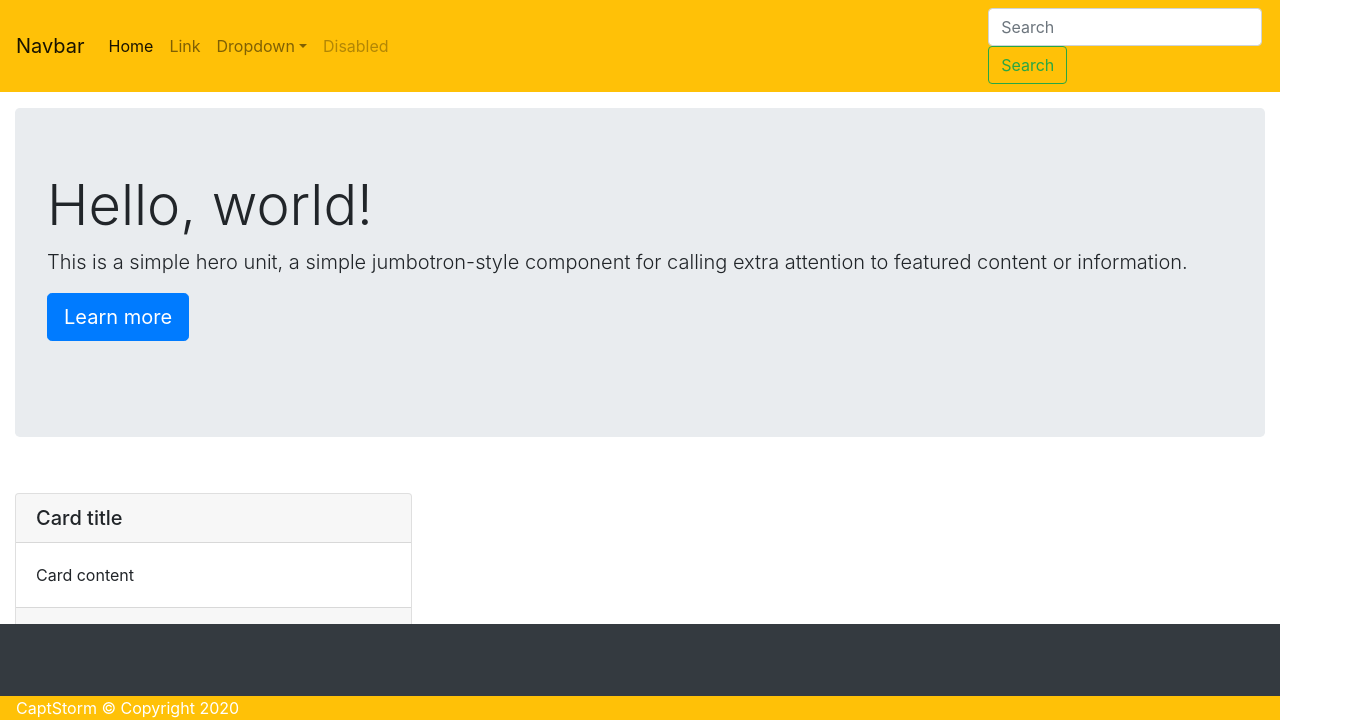
Repository: CaptainStorm21/complete-react16-bootstrap-passing-props
Page: /
An editor plug-in stored every save of this project. The page is shown before and after the next save, followed by the edit.
The browser window is 1280 px wide. The page is 1280 px wide, then 1359 px, so the pictures cover 1359 px, including what lies to the right of the window. The pictures show the whole page.
The project was rebuilt for these pictures with package versions that can differ from the ones it lists, and the page was loaded fresh each time.

Above is the page before, as saved 2020-04-23 14:19:52.

### public/index.html
<!DOCTYPE html>
<html lang="en">
<head>
  <title>Bootstrap Example</title>
  <meta charset="utf-8">
  <meta name="viewport" content="width=device-width, initial-scale=1">
  <link rel="stylesheet" href="https://maxcdn.bootstrapcdn.com/bootstrap/4.4.1/css/bootstrap.min.css">
  <script src="https://ajax.googleapis.com/ajax/libs/jquery/3.4.1/jquery.min.js"></script>
  <script src="https://cdnjs.cloudflare.com/ajax/libs/popper.js/1.16.0/umd/popper.min.js"></script>
  <script src="https://maxcdn.bootstrapcdn.com/bootstrap/4.4.1/js/bootstrap.min.js"></script>
</head>
<body>
<div id="root"></div>

</body>
</html>

### src/index.js
import React from 'react';
import ReactDOM from 'react-dom';
import './style.css';
import App from './App';
import * as serviceWorker from './serviceWorker';


ReactDOM.render(
  <React.StrictMode>
    <App />
  </React.StrictMode>,
  document.getElementById('root')
);

// If you want your app to work offline and load faster, you can change
// unregister() to register() below. Note this comes with some pitfalls.
// Learn more about service workers: https://bit.ly/CRA-PWA
serviceWorker.unregister();

### src/style.css




body {
  margin: 0;
  font-family: -apple-system, BlinkMacSystemFont, 'Segoe UI', 'Roboto', 'Oxygen',
    'Ubuntu', 'Cantarell', 'Fira Sans', 'Droid Sans', 'Helvetica Neue',
    sans-serif;
  -webkit-font-smoothing: antialiased;
  -moz-osx-font-smoothing: grayscale;
}

.footer {
  position: absolute;
  bottom: 0;
  width: 100%;
  height: 60px; /* Set the fixed height of the footer here */
  line-height: 60px; /* Vertically center the text there */
  background-color: purple;
}

### src/App.js
import React from "react";
import Main from "./components/Main";
import ContanerCard from "./components/ContainerCard";

import Header from "./components/layout/Header";
import Footer from "./components/layout/Footer";

function App() {
  return (
    <div>
      <Header />
      <div classNameName="container-fluid">
        <div className="col-lg-12 py-3">
          <Main />
        </div>
        <div className="container-fluid">
          <div className="row">
            <ContanerCard />
          </div>
        </div>
        <Footer />
      </div>
    </div>
  );
}

export default App;

### src/components/Main.js
import React from "react";

function Main() {
  return (
    <div className="jumbotron">
      <h1 className="display-4">Hello, world!</h1>
      <p className="lead">
        This is a simple hero unit, a simple jumbotron-style component for
        calling extra attention to featured content or information.
        <p className = "py-3">
        <a className="btn btn-primary btn-lg" href="#" role="button">
          Learn more
        </a>
        </p>
      </p>
    </div>
  );
}

export default Main;

### src/components/ContainerCard.js
import React from "react";

function ContainerCard() {
  return (
    <div className="col-md-4 col-lg-4 py-2">
    <div className="card">
      <h5 className="card-header">Card title</h5>
      <div className="card-body">
        <p className="card-text">Card content</p>
      </div>
      <div className="card-footer">Card footer</div>
    </div>
    </div>
  );
}

export default ContainerCard;

### src/components/layout/Header.js
import React from "react";
import Navbar from "./Navbar";

function Header() {
  return (
    <nav className="navbar navbar-expand-lg navbar-light bg-warning">
              <Navbar />
    </nav>
  );
}

export default Header;

### src/components/layout/Footer.js
import React from "react";

function Footer() {
  return (
    <footer className="bg-dark py-5 fixed-bottom ">
      <div className="container"></div>
      <div className="container-fluid">
        <div className="row bg-info">
        <div className="bg-warning fixed-bottom">
          <span className="p-3 text-white">
            CaptStorm &copy; Copyright 2020
          </span>
        </div>        </div>
      </div>
    </footer>
  );
}

export default Footer;

### src/components/layout/Navbar.js
import React from "react";
import "./Nav.css";

function Navbar() {
  return (
    <>
   <a className="navbar-brand" href="/">Navbar</a>
        <button className="navbar-toggler" type="button" data-toggle="collapse" data-target="#navbarSupportedContent" aria-controls="navbarSupportedContent" aria-expanded="false" aria-label="Toggle navigation">
          <span className="navbar-toggler-icon"></span>
        </button>

        <div className="collapse navbar-collapse" id="navbarSupportedContent">
          <ul className="navbar-nav mr-auto">
            <li className="nav-item active">
              <a className="nav-link" href="/">Home <span className="sr-only">(current)</span></a>
            </li>
            <li className="nav-item">
              <a className="nav-link" href="/">Link</a>
            </li>
            <li className="nav-item dropdown">
              <a className="nav-link dropdown-toggle" href="/" id="navbarDropdown" role="button" data-toggle="dropdown" aria-haspopup="true" aria-expanded="false">
                Dropdown
              </a>
              <div className="dropdown-menu" aria-labelledby="navbarDropdown">
                <a className="dropdown-item" href="/">Action</a>
                <a className="dropdown-item" href="/">Another action</a>
                <div className="dropdown-divider"></div>
                <a className="dropdown-item" href="/">Something else here</a>
              </div>
            </li>
            <li className="nav-item">
              <a className="nav-link disabled" href="/">Disabled</a>
            </li>
          </ul>
          <div className = "col-3">
          <form className="form-inline my-2 my-lg-0 pull-right ">
            <input className="form-control mr-sm-2" type="search" placeholder="Search" aria-label="Search" />
            <button className="btn btn-outline-success my-2 my-sm-0" type="submit">Search</button>
          </form></div>
        </div>
  </>
)
}

export default Navbar;

### src/components/layout/Nav.css
@media (min-width: 768px) {
    .navbar-nav {
      width: 100%;
      text-align: center;
    }
    .navbar-nav > li {
      float: none;
      display: inline-block;
    }
    .navbar-nav > li.navbar-right {
      float: right !important;
    }
  }

Loaded but not shown: src/serviceWorker.js (common file)

After the next save:
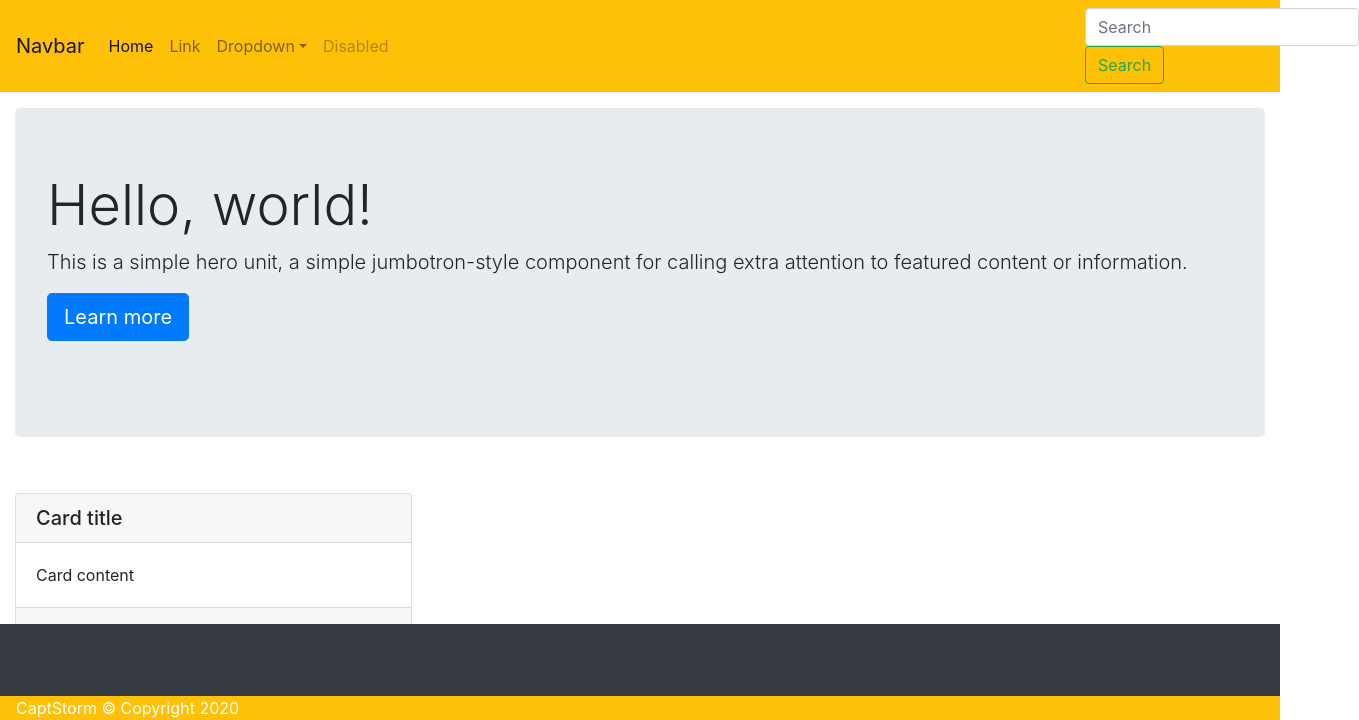
Saved 17 s later.
--- a/src/components/layout/Navbar.js
+++ b/src/components/layout/Navbar.js
@@ -32,7 +32,7 @@ function Navbar() {
               <a className="nav-link disabled" href="/">Disabled</a>
             </li>
           </ul>
-          <div className = "col-3">
+          <div className = "col-2">
           <form className="form-inline my-2 my-lg-0 pull-right ">
             <input className="form-control mr-sm-2" type="search" placeholder="Search" aria-label="Search" />
             <button className="btn btn-outline-success my-2 my-sm-0" type="submit">Search</button>
